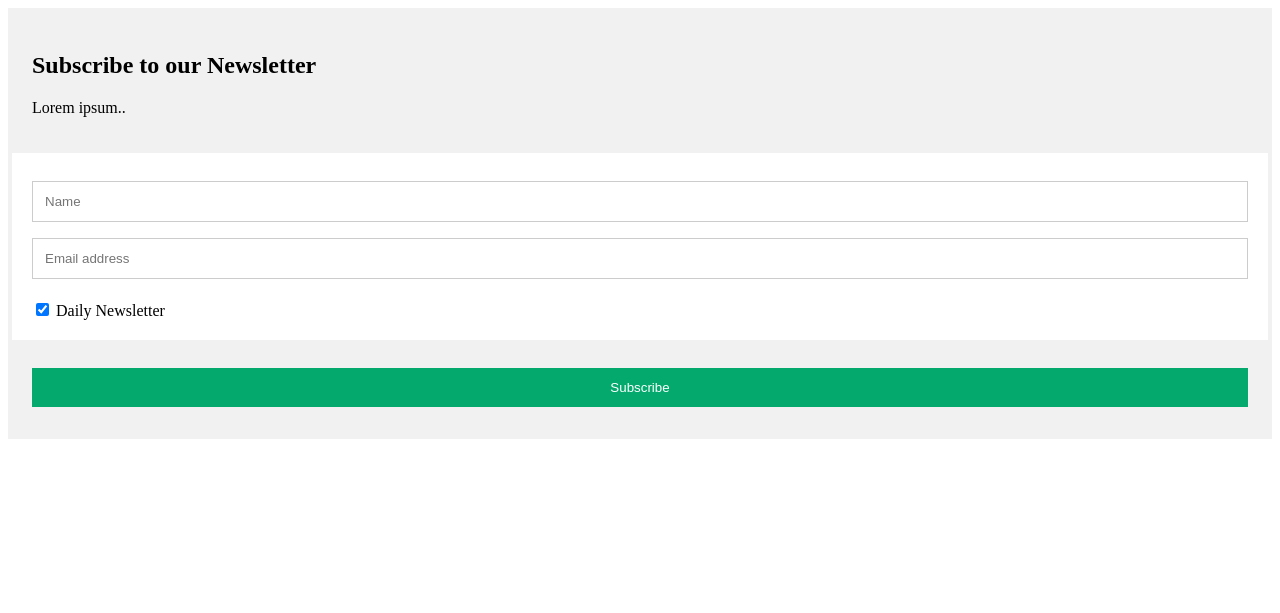
Repository: Larrowo/LPPA-2
Page: Clase 6/subpage.html
The author's editor kept a copy of each file at every save. The page is drawn from the files as they stood at one save, then again after the next save.
The browser window is 1280 px wide. The pictures show the whole page.

Above is the page before, as saved 2022-05-30 15:27:53.

### Clase 6/subpage.html
<!DOCTYPE html>
<html lang="en">
<head>
    <meta charset="UTF-8">
    <meta http-equiv="X-UA-Compatible" content="IE=edge">
    <meta name="viewport" content="width=device-width, initial-scale=1.0">
    <title>Document</title>
    <link rel="stylesheet" href="/Clase 6/subPageStyle.css">
</head>
<body>
    <form action="action_page.php">
        <div class="container">
          <h2>Subscribe to our Newsletter</h2>
          <p>Lorem ipsum..</p>
        </div>

        <div class="container" style="background-color:white">
          <input type="text" placeholder="Name" name="name" required>
          <input type="text" placeholder="Email address" name="mail" required>
          <label>
            <input type="checkbox" checked="checked" name="subscribe"> Daily Newsletter
          </label>
        </div>

        <div class="container">
          <input type="submit" value="Subscribe">
        </div>
      </form>
</body>
</html>

### Clase 6/subPageStyle.css
/* Style the form element with a border around it */
form {
    border: 4px solid #f1f1f1;
  }

  /* Add some padding and a grey background color to containers */
  .container {
    padding: 20px;
    background-color: #f1f1f1;
  }

  /* Style the input elements and the submit button */
  input[type=text], input[type=submit] {
    width: 100%;
    padding: 12px;
    margin: 8px 0;
    display: inline-block;
    border: 1px solid #ccc;
    box-sizing: border-box;
  }

  /* Add margins to the checkbox */
  input[type=checkbox] {
    margin-top: 16px;
  }

  /* Style the submit button */
  input[type=submit] {
    background-color: #04AA6D;
    color: white;
    border: none;
  }

  input[type=submit]:hover {
    opacity: 0.8;
  }

After the next save:
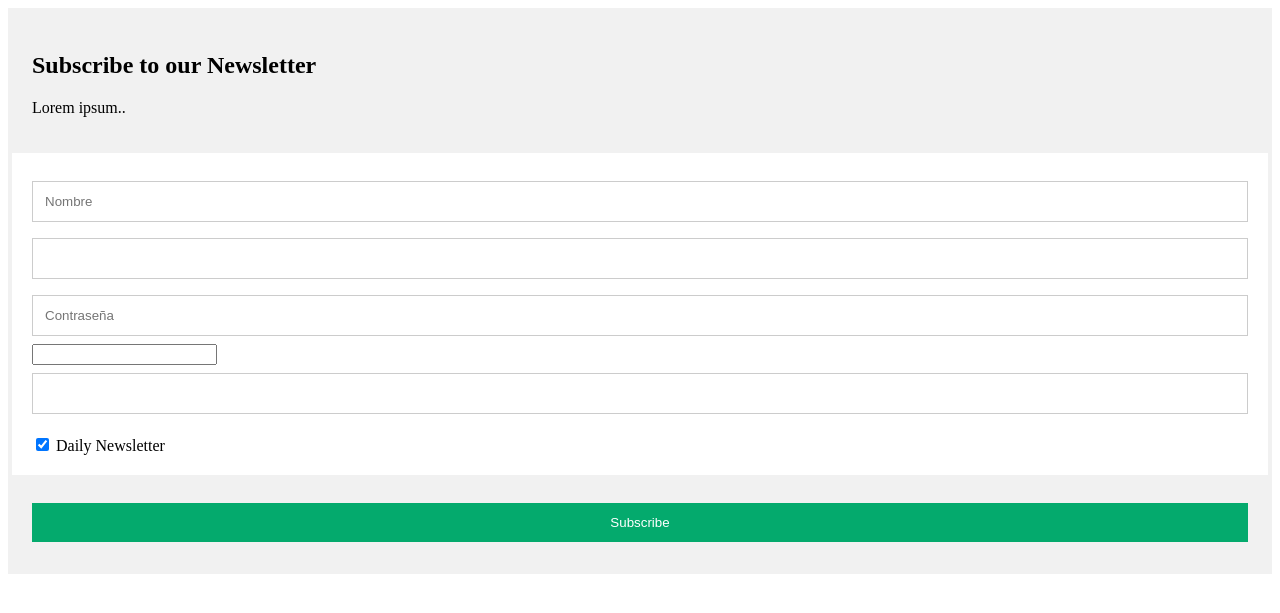
Saved 20 h 41 min later.
--- a/Clase 6/subpage.html
+++ b/Clase 6/subpage.html
@@ -15,8 +15,11 @@
         </div>
 
         <div class="container" style="background-color:white">
-          <input type="text" placeholder="Name" name="name" required>
-          <input type="text" placeholder="Email address" name="mail" required>
+          <input type="text" placeholder="Nombre" name="name" required>
+          <input type="text" placeholder="" name="Email" required>
+          <input type="text" placeholder="Contraseña" required>
+          <input type="number" name="Teléfono" required>
+          <input type="text" name="Dirección" required>
           <label>
             <input type="checkbox" checked="checked" name="subscribe"> Daily Newsletter
           </label>
